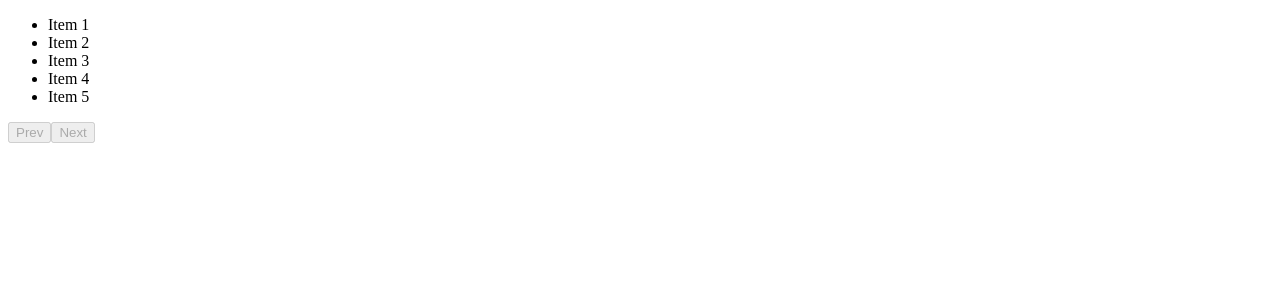
Repository: Vardhan1999/Daily-React-Apps
Page: /
These files come from the project's save history. The page is drawn as it stood at one moment and after a run of saves; the edit follows.
The browser window is 1280 px wide. The pictures show the whole page.
The project was rebuilt for these pictures with package versions that can differ from the ones it lists, and the page was loaded fresh each time. Also part of the build but not shown: vite.config.js, src/index.css.

Above is the page before, as saved 2025-12-14 14:46:12.

### src/App.jsx
import { useState } from "react";

export default function App() {
    const items = Array.from({ length: 30 }, (_, i) => `Item ${i + 1}`);
    const [page, setPage] = useState(1);

    const perPage = 5;
    const start = (page - 1) * perPage;
    const paginated = items.slice(start, start + perPage);

    return (
        <div>
            <ul>
                {paginated.map((item) => (
                    <li key={item}>{item}</li>
                ))}
            </ul>

            <button
                disabled={page === 1}
                onClick={() => setPage(page - 1)}
            >Prev</button>

            <button
                disabled={page === 1}
                onClick={() => setPage(page - 1)}
            >Next</button>
        </div>
    )
}

Loaded but not shown: index.html (common file); src/main.jsx (common file)

After the next 2 saves:
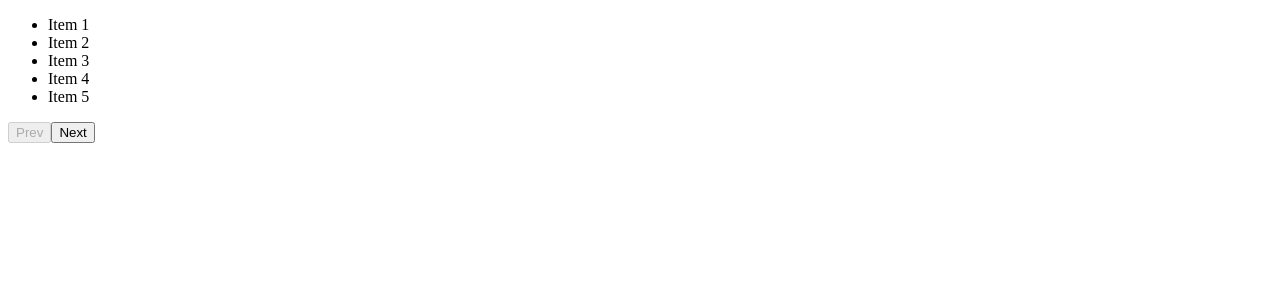
The 2 saves are shown as one change because they came seconds apart.
The last was saved 15 s later.
--- a/src/App.jsx
+++ b/src/App.jsx
@@ -22,8 +22,8 @@ export default function App() {
             >Prev</button>
 
             <button
-                disabled={page === 1}
-                onClick={() => setPage(page - 1)}
+                disabled={start + perPage >= items.length}
+                onClick={() => setPage(page + 1)}
             >Next</button>
         </div>
     )
